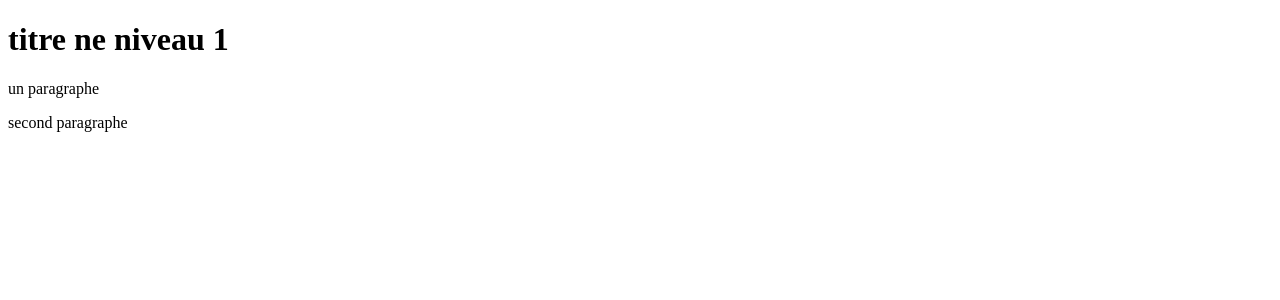
Repository: Poulpyto/fitec
Page: workspaceHtmlFlo/PremierTp_htmlCss/WebContent/htmlEtCss.html
These files come from the project's save history. The page is drawn as it stood at one moment and after the next save; the edit follows.
The browser window is 1280 px wide. The pictures show the whole page.

Above is the page before, as saved 2017-04-03 12:36:26.

### workspaceHtmlFlo/PremierTp_htmlCss/WebContent/htmlEtCss.html
<!DOCTYPE html>
<html>
	<head>
		<meta charset="UTF-8">
		<title>HTML et CSS</title>
		<link rel="stylesheet" href="css/style.css" />
	</head>
	<body>
		<h1>titre ne niveau 1</h1>
		<p>un paragraphe</p>
		<p>second paragraphe</p>
	</body>
</html>

### workspaceHtmlFlo/PremierTp_htmlCss/WebContent/css/style.css
@CHARSET "UTF-8";

body{
	background-color = orange;
}

p{
	background-color = blue;
}

After the next save:
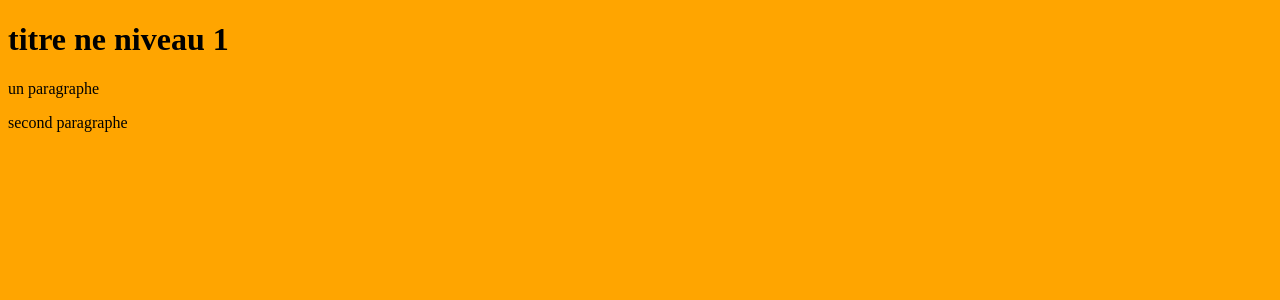
Saved 17 s later.
--- a/workspaceHtmlFlo/PremierTp_htmlCss/WebContent/css/style.css
+++ b/workspaceHtmlFlo/PremierTp_htmlCss/WebContent/css/style.css
@@ -1,7 +1,7 @@
 @CHARSET "UTF-8";
 
 body{
-	background-color = orange;
+	background-color: orange;
 }
 
 p{
